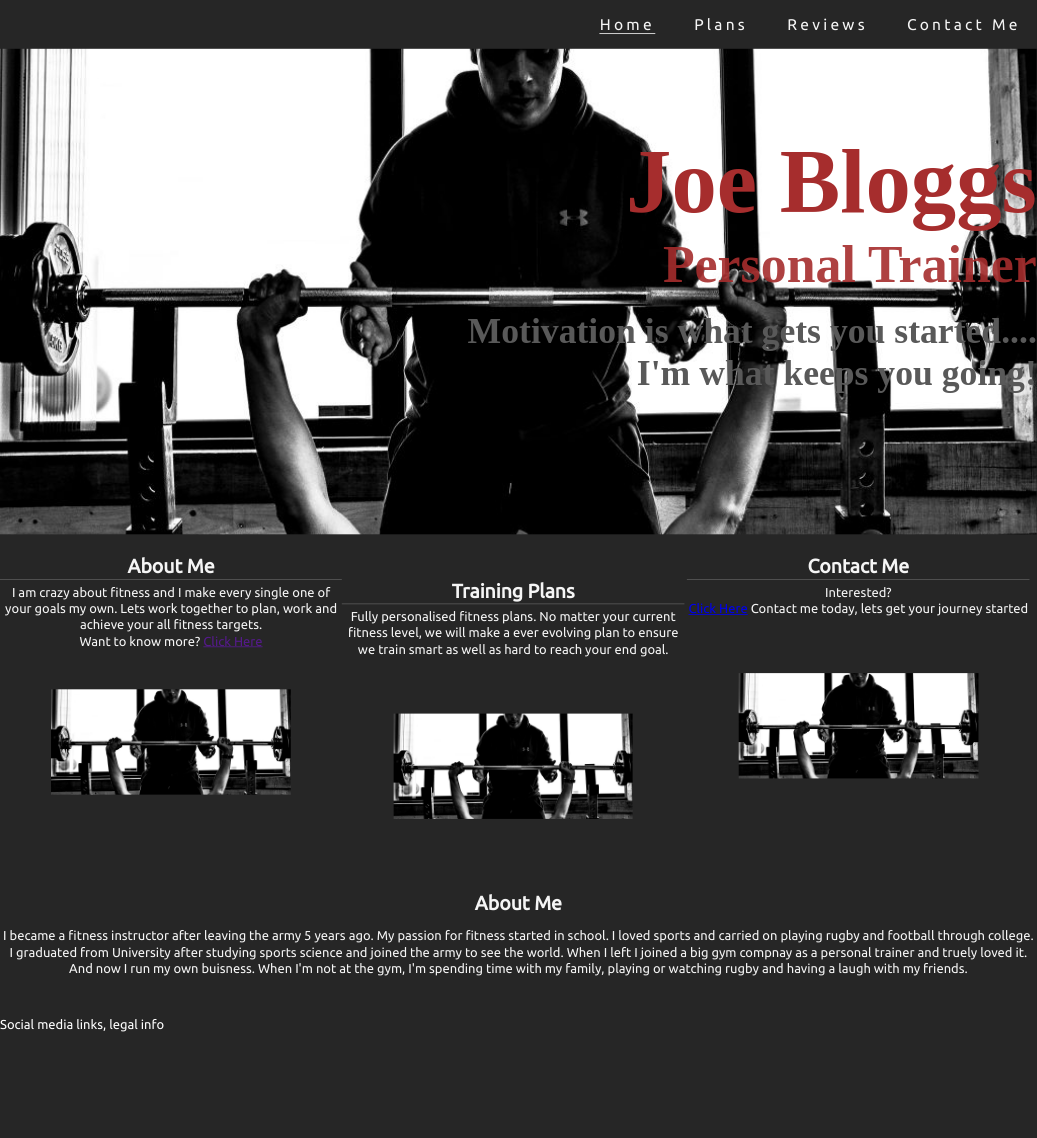
Repository: ClaireRoberts1403/Joe-Bloggs-Personal-Trainer
Page: html/index.html
The author's editor kept a record of every edit. The page is drawn from the files as they stood at one moment, then again after the next edit.
The browser window is 1280 px wide. The pictures show the whole page, at 81% of full size.
Some web fonts or font styles are not loaded; a fallback is used.

Above is the page before.

After the next edit:
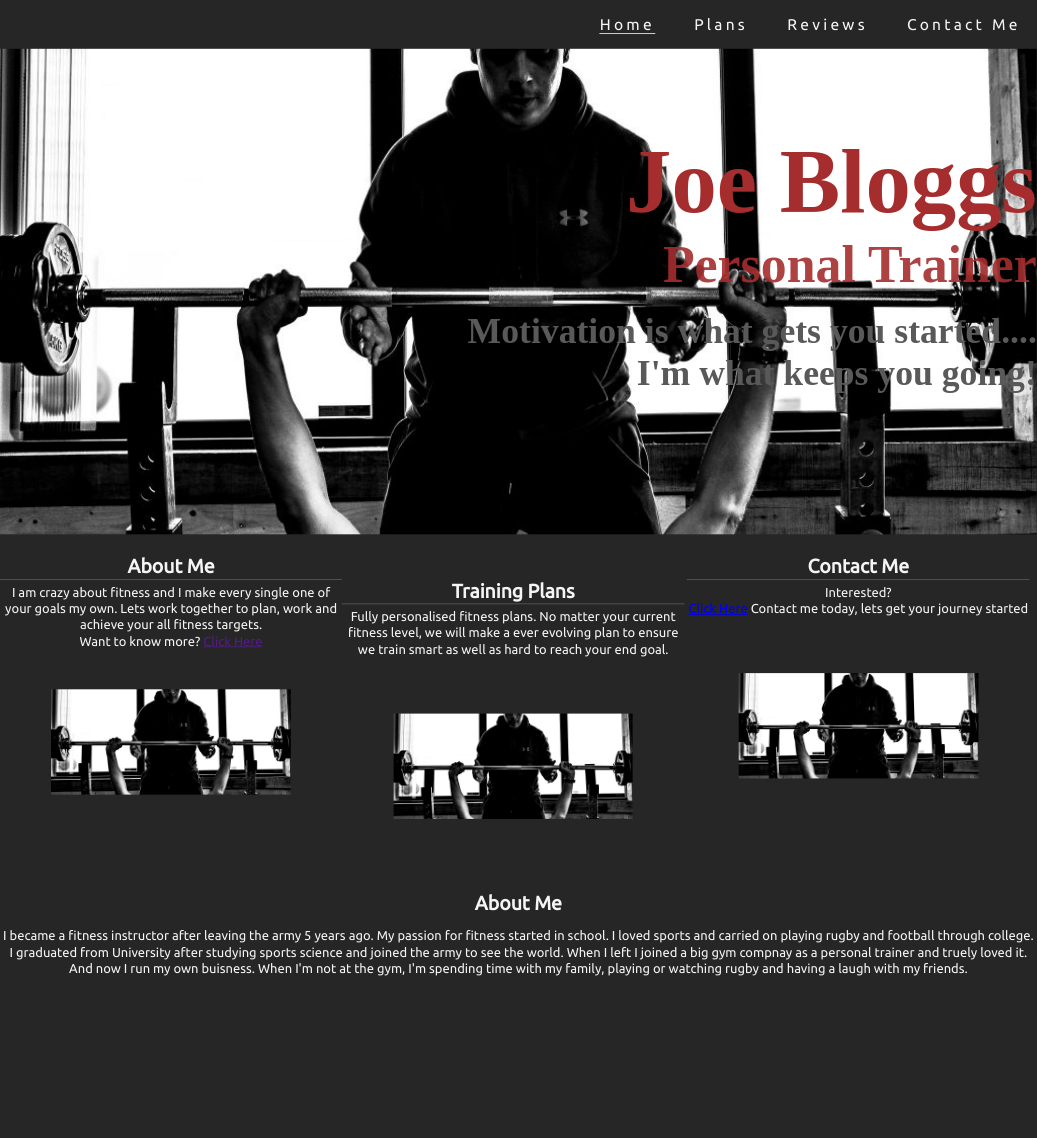
The edit:
--- a/html/index.html
+++ b/html/index.html
@@ -94,7 +94,12 @@
 	</section>
 
 	<footer>
-		Social media links, legal info
+		<ul id="social-networks">
+			<li><a href="http://www.facebook.com" target="_blank"><i class="fab fa-facebook-square"></i></a></li>
+			<li><a href="http://www.twitter.com" target="_blank"><i class="fab fa-twitter-square"></i><a/></li>
+			<li><a href="http://www.youtube.com" target="_blank"><i class="fab fa-youtube-square"></i><a/></li>
+			<li><a href="http://www.instagram.com" target="_blank"><i class="fab fa-instagram"></i></a></li>
+		</ul>
 	</footer>
 
 </body>
